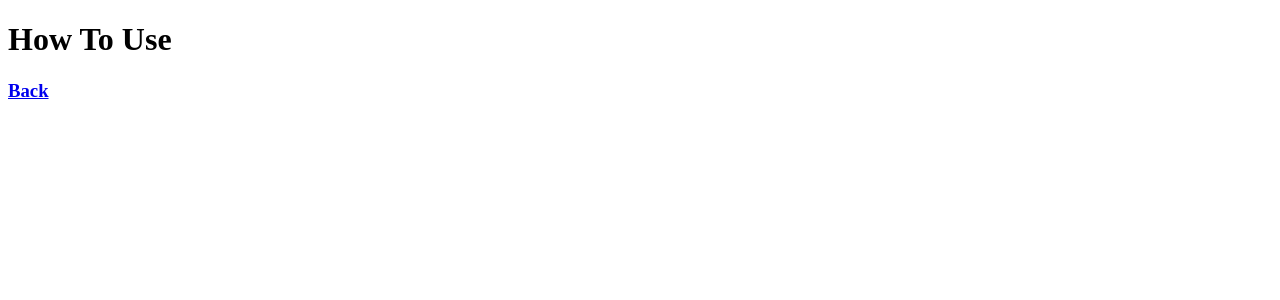
Repository: Anbousi/ITG-Task
Page: http://localhost/graphsearch/use.jsp
The author's editor kept a copy of each file at every save. The page is drawn from the files as they stood at one save, then again after the next save.
The browser window is 1280 px wide. The pictures show the whole page.
The page is served by Tomcat 9.

Above is the page before, as saved 2021-12-31 12:15:47.

After the next save:
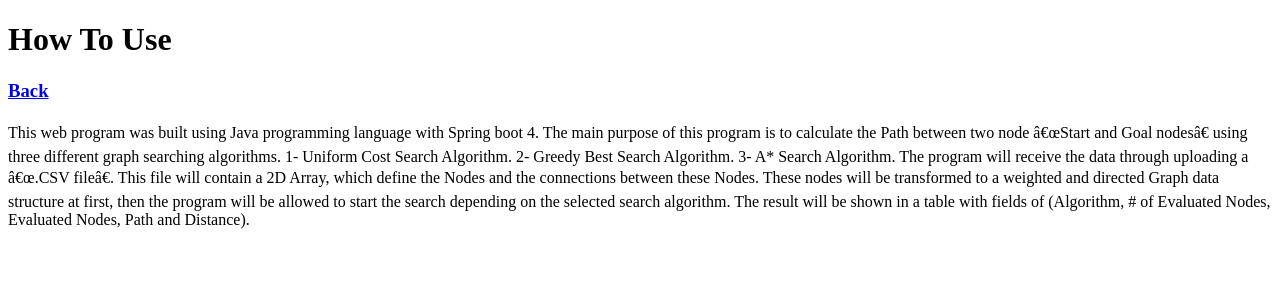
Saved 76 s later.
--- a/ITG/graphsearch/src/main/webapp/use.jsp
+++ b/ITG/graphsearch/src/main/webapp/use.jsp
@@ -10,7 +10,14 @@
 <div>
 <h1>How To Use</h1>
 <h3><a href="/">Back</a></h3>
-<p></p>
+<p>This web program was built using Java programming language with Spring boot 4.
+The main purpose of this program is to calculate the Path between two node “Start and Goal nodes” using three different graph searching algorithms.
+1-	Uniform Cost Search Algorithm.
+2-	Greedy Best Search Algorithm.
+3-	A* Search Algorithm.
+The program will receive the data through uploading a “.CSV file”. This file will contain a 2D Array, which define the Nodes and the connections between these Nodes. These nodes will be transformed to a weighted and directed Graph data structure at first, then the program will be allowed to start the search depending on the selected search algorithm.
+The result will be shown in a table with fields of (Algorithm, # of Evaluated Nodes, Evaluated Nodes, Path and Distance).
+ </p>
 </div>
 </body>
 </html>
